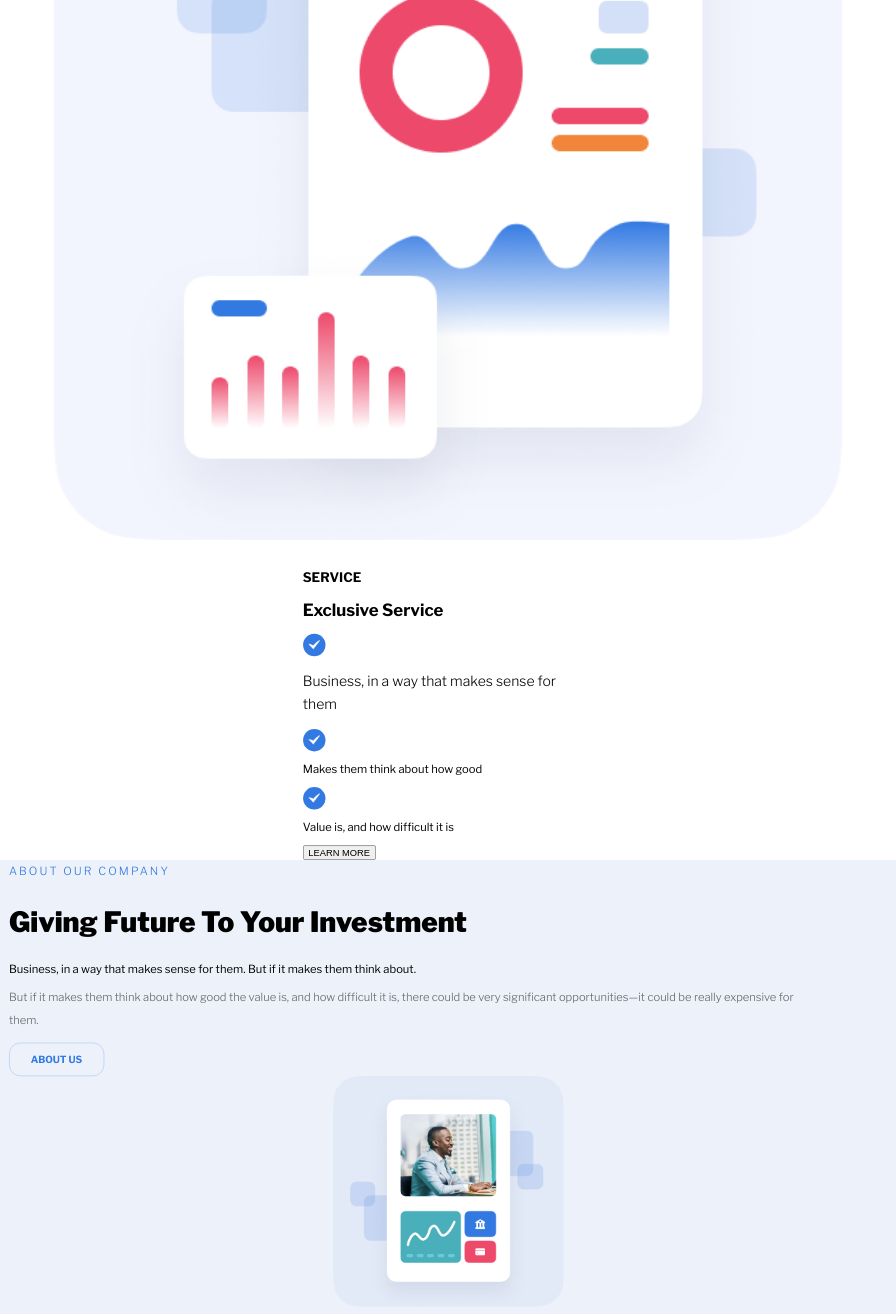
Repository: adryelfelipe/frontend-prova
Page: prova-figma/Prova/index.html
The author's editor kept a copy of each file at every save. The page is drawn from the files as they stood at one save, then again after the next save.
The browser window is 1280 px wide. The pictures show the part of the page from y = 1998 to 3918 px (the page is 3876 px tall before and 3918 px after), at 70% of full size.

Above is the page before, as saved 2026-06-22 19:19:07.

### prova-figma/Prova/index.html
<!DOCTYPE html>
<html lang="en">
<head>
    <meta charset="UTF-8">
    <meta name="viewport" content="width=device-width, initial-scale=1.0">
    <link rel="stylesheet" href="style/variaveis.css">
    <link rel="stylesheet" href="./style/style.css">
    <title>Document</title>
</head>
<body>
    <header>
        <h2>MNY</h2>

        <nav>
            <p>About</p>
            <p>Features</p>
            <p>Services</p>
            <p>Pricing</p>
            <p>Blog</p>
        </nav>

        <button>CONTACT</button>

        <img src="./assets/icon/hamburguer.svg" alt="">
    </header>
    <main>
        <section class="hero">
            <article class="hero-first-article">
                <h3 class="subtitle-base hero-subtitle">MAKE MONEY</h3>
                <h1 class="title-base hero-title">Grow Your Money Like Never Before</h1>
                <p class="paragraph hero-paragraph">Business, in a way that makes sense for them. But if it makes them think about how good the value.</p>
                <button class="hero-button">GET STARTED</button>
            </article>
            <article class="hero-second-article">
                <!-- <img class src="assets/img/homem-terno.png" alt=""> -->
            </article>
        </section>

        <section class="service">
            <div class="service-container">
                <article class="service-card">
                    <div class="bg-icon-fly">
                        <img src="./assets/icon/icon1-fly-section2.svg" class="icon-fly" alt="">
                    </div>

                    <h3 class="subtitle-tertiary">Strong Security</h3>
                    <p class="paragraph">Way that makes sense for them. But if it makes them think about how good the value is, and how difficult it is.</p>
                </article>

                <article class="service-card">
                    <div class="bg-icon-backpack">
                        <img src="./assets/icon/icon2-backpack-section2.png" class="icon-backpack" alt="">
                    </div>

                    <h3 class="subtitle-tertiary">Creative Solutions</h3>
                    <p class="paragraph">But if it makes them think about how good the value is, and how difficult it is, there could be very significant.</p>
                </article>

                <article class="service-card">
                    <div class="bg-icon-rocket">
                        <img src="./assets/icon/icon3-rocket-section2.png" class="icon-rocket" alt="">
                    </div>

                    <h3 class="subtitle-tertiary">Free Online</h3>
                    <p class="paragraph">Good the value is, and how difficult it is, there could be very significant opportunities.</p>
                </article>
            </div>

            <div class="service-container-line">

            </div>

            <img src="./assets/img/infos-section2.png" class="service-img" alt="">

            <article>
                <h3>SERVICE</h3>
                <h2>Exclusive Service</h2>

                <div>
                    <div class="bg-icon-correct">
                        <img src="./assets/icon/correct-icon-section2.png" class="icon-correct" alt="">
                    </div>

                    <p class="paragraph-base">Business, in a way that makes sense for them</p>
                </div>

                <div>
                    <div class="bg-icon-correct">
                        <img src="./assets/icon/correct-icon-section2.png" class="icon-correct" alt="">
                    </div>

                    <p>Makes them think about how good</p>
                </div>

                <div>
                    <div class="bg-icon-correct">
                        <img src="./assets/icon/correct-icon-section2.png" class="icon-correct" alt="">
                    </div>

                    <p>Value is, and how difficult it is</p>
                </div>

                <button>LEARN MORE</button>
            </article>
        </section>
        <section class="our-company">
            <article class="company-first-article">
                <h3 class="subtitle-base company-subtitle">ABOUT OUR COMPANY</h3>
                <h2 class="subtitle-secondary">Giving Future To Your Investment</h2>
                <p class="company-paragraph">Business, in a way that makes sense for them. But if it makes them think about.</p>
                <p class="paragraph company-paragraph-second">But if it makes them think about how good the value is, and how difficult it is, there could be very significant opportunities—it could be really expensive for them.</p>
                <button class="company-button">ABOUT US</button>
            </article>
            <article class="company-second-article">
                <img src="assets/img/our-company.png" alt="">
            </article>
        </section>
    </main>
</body>
</html>

### prova-figma/Prova/style/variaveis.css
@import url('https://fonts.googleapis.com/css2?family=Libre+Franklin:ital,wght@0,100..900;1,100..900&display=swap');

:root {
    --primary-color: #FFFFFF;
    --header-icon-border-color: rgba(255, 255, 255, 0.3);
    --bg-color: rgba(50, 121, 226, 1);

    --subtitle: rgba(170, 196, 234, 1);

    --normal-line: rgba(213, 214, 225, 1);

    /*Icons Session 2*/
    --bg-icon-fly: rgba(230, 247, 248, 1);
    --bg-icon-backpack: rgba(252, 237, 240, 1);
    --bg-icon-rocket: rgba(253, 243, 230, 1);
    --bg-icon-correct: rgba(50, 121, 226, 1);

    --icon-fly-color: rgba(73, 175, 186, 1);
    --icon-backpack-color: rgba(237, 73, 107, 1);
    --icon-rocket-color: rgba(241, 134, 59, 1);
    --icon-correct-color: rgba(255, 255, 255, 1)
}

.title-base{
    font-family: 'Libre Franklin';
    font-weight: 900;
    font-size: 3.5rem;
    line-height: 64px;
    letter-spacing: -1px;
}

.subtitle-base{
    margin: 0;
    font-family: 'Libre Franklin';
    font-weight: 300;
    font-size: 1rem;
    line-height: 32px;
    letter-spacing: 3px;
    text-transform: uppercase;
}

.subtitle-secondary{
    font-family: 'Libre Franklin';
    font-weight: 900;
    font-size: 2.5rem;
    line-height: 48px;
    letter-spacing: 0px;
}

.subtitle-tertiary{
    font-family: Libre Franklin;
    font-weight: 900;
    font-size: 24px;
    line-height: 32px;
    letter-spacing: 0px;
}

.paragraph{
    font-family: 'Libre Franklin';
    font-weight: 300;
    font-size: 1rem;
    line-height: 32px;
    letter-spacing: 0px;
}

.paragraph-base{
    font-family: Libre Franklin;
    font-weight: 300;
    font-size: 20px;
    line-height: 32px;
    letter-spacing: 0px;
    width: 90%;
}

### prova-figma/Prova/style/style.css
body{
    font-family:"Libre Franklin";
    margin: 0px;
}

/* HEADER */
header{
    display: flex;
    justify-content: space-around;
    align-items: center;
    background-color: var(--bg-color);
}

header nav{
    display: none;
}

header button{
    display: none;
}

header img {
    border: solid 1px var(--header-icon-border-color);
    border-radius: 16px;
}

header h2 {
    color: var(--primary-color);
}


/* SECTION HERO */
.hero{
    background: linear-gradient(135deg, #3279E2 0%, #CACAEB 100%);
    margin-bottom: 80px;
}

.hero-first-article{
    width: 98%;                     /*OBSERVAÇÃO IMPORTANTE EM QUESTÃO          DO POSICIONAMENTO E FIDELIDADE AO FIGMA*/
    justify-self: center;           /*O POSICIONAMENTO FOI ALTERADO POIS, EMBORA A TIPOGRAFIA TENHA SIDO COPIADA EXTRITAMENTE SEMLHANTE AO FIGMA OS TAMANHOS E POSICIONAMENTOS DA TELA NA RESOLUÇÃO MÍNIMA INDICADA NÃO DARIAM CERTO*/
}

.hero-subtitle{
    color: var(--subtitle);
}

.hero-title{
    color: var(--primary-color);
}

.hero-paragraph{
    color: rgba(255, 255, 255, 0.5);
}

.hero-button{
    background-color: rgba(17, 17, 17, 1);
    color: var(--primary-color);
    padding: 16px 30px;
    font-family: Libre Franklin;
    font-weight: 700;
    font-size: 14px;
    line-height: 100%;
    letter-spacing: 0px;
    text-align: center;
    text-transform: uppercase;
    border: none;
    border-radius: 16px;
}

/* .hero-second-article{
    width: 405px;
    height: 80%;
}

.image{
    object-fit: cover;

} */

/* SECTION SERVICE */
.service {
    display: flex;
    flex-direction: column;
    align-items: center;
}

.service-container {
    display: flex;
    flex-direction: column;
    gap: 64px;
}

.service-container-line {
    height: 1px;
    background-color: var(--normal-line);
    width: 85vw;
    justify-self: center;
    margin-top: 80px;
    margin-bottom: 95px;
}

.service-img {
    justify-self: center;
    width: 88vw;
    height: 88vw;
}

.service-card {
    display: flex;
    flex-direction: column;
}

.service-card p {
    width: 306px;
}

.bg-icon-fly {
    display: flex;
    justify-content: center;
    align-items: center;
    border-radius: 100px;
    width: 6rem;
    height: 6rem;
    background-color: var(--bg-icon-fly)
}

.icon-fly {
    height: 2rem;
    width: 3rem;
}

.bg-icon-backpack {
    display: flex;
    justify-content: center;
    align-items: center;
    border-radius: 100px;
    width: 6rem;
    height: 6rem;
    background-color: var(--bg-icon-backpack)
}

.icon-backpack {
    height: 2,5rem;
    width: 3rem;
}

.bg-icon-rocket {
    display: flex;
    justify-content: center;
    align-items: center;
    border-radius: 100px;
    width: 6rem;
    height: 6rem;
    background-color: var(--bg-icon-rocket)
}

.icon-rocket {
    height: 3rem;
    width: 3rem;
}

.bg-icon-correct {
    display: flex;
    justify-content: center;
    align-items: center;
    border-radius: 100px;
    width: 2rem;
    height: 2rem;
    background-color: var(--bg-icon-correct)
}

.icon-correct {
    width: 1rem;
    height: 0,8rem;
    color: var(--icon-correct-color);
}

/* SECTION OUR COMPANY */

.our-company{
    background-color: rgba(236, 241, 250, 1);
}

.company-subtitle{
    color: rgba(50, 121, 226, 1);
}

.company-paragraph{

}

.company-button{
    background-color: transparent;
    color: rgba(50, 121, 226, 1);
    padding: 16px 30px;
    font-family: Libre Franklin;
    font-weight: 700;
    font-size: 14px;
    line-height: 100%;
    letter-spacing: 0px;
    text-align: center;
    text-transform: uppercase;
    border: 1px solid rgba(50, 121, 226, 0.3);
    border-radius: 16px;
}

.company-paragraph-second{
    color: rgba(51, 51, 51, 0.75);
    width: 90%;
}

.company-first-article{
    width: 98%;
    justify-self: center;
}

.company-second-article{
    justify-self: center;
}

After the next save:
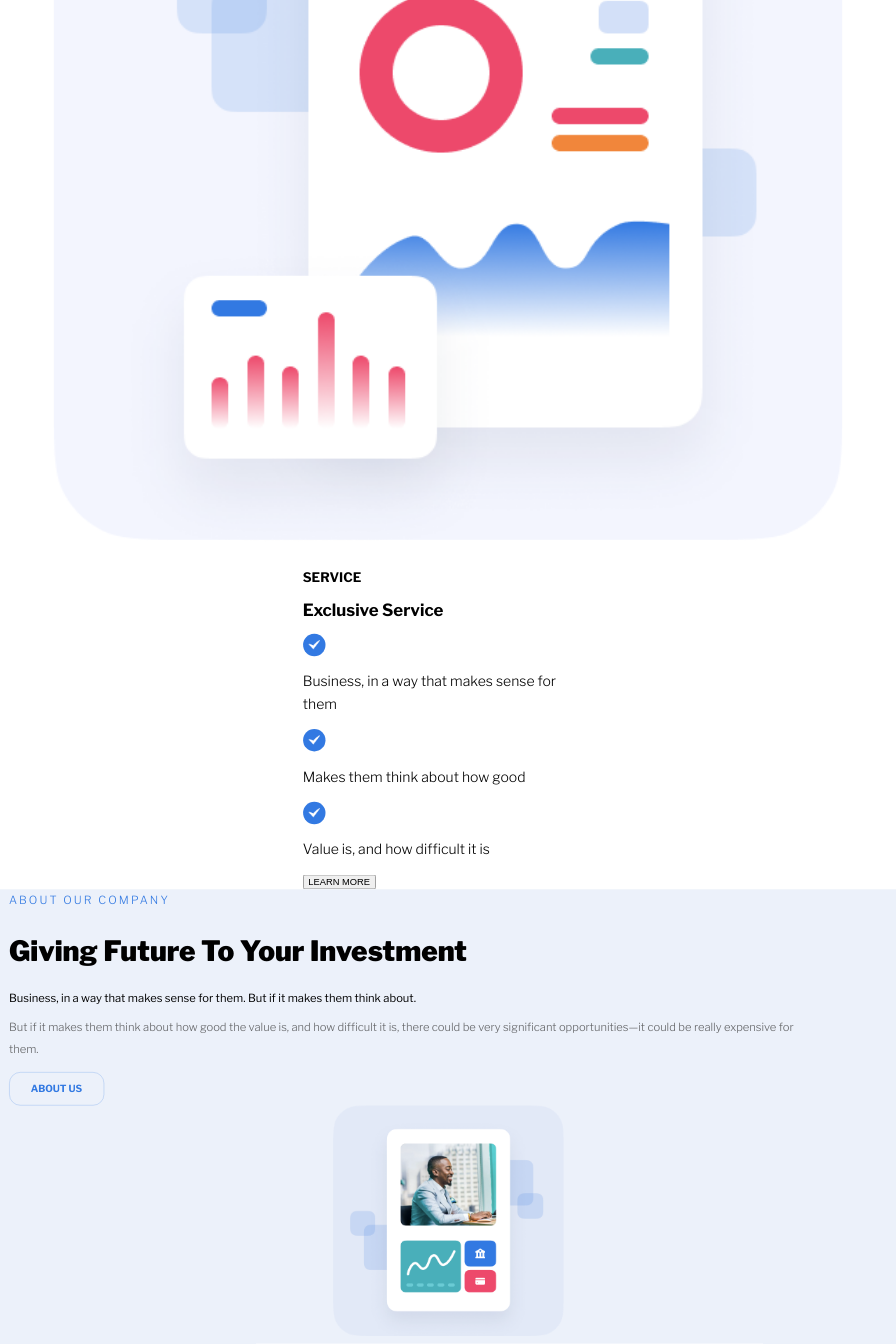
Saved 9 s later.
--- a/prova-figma/Prova/index.html
+++ b/prova-figma/Prova/index.html
@@ -89,7 +89,7 @@
                         <img src="./assets/icon/correct-icon-section2.png" class="icon-correct" alt="">
                     </div>
 
-                    <p>Makes them think about how good</p>
+                    <p class="paragraph-base">Makes them think about how good</p>
                 </div>
 
                 <div>
@@ -97,7 +97,7 @@
                         <img src="./assets/icon/correct-icon-section2.png" class="icon-correct" alt="">
                     </div>
 
-                    <p>Value is, and how difficult it is</p>
+                    <p class="paragraph-base">Value is, and how difficult it is</p>
                 </div>
 
                 <button>LEARN MORE</button>
